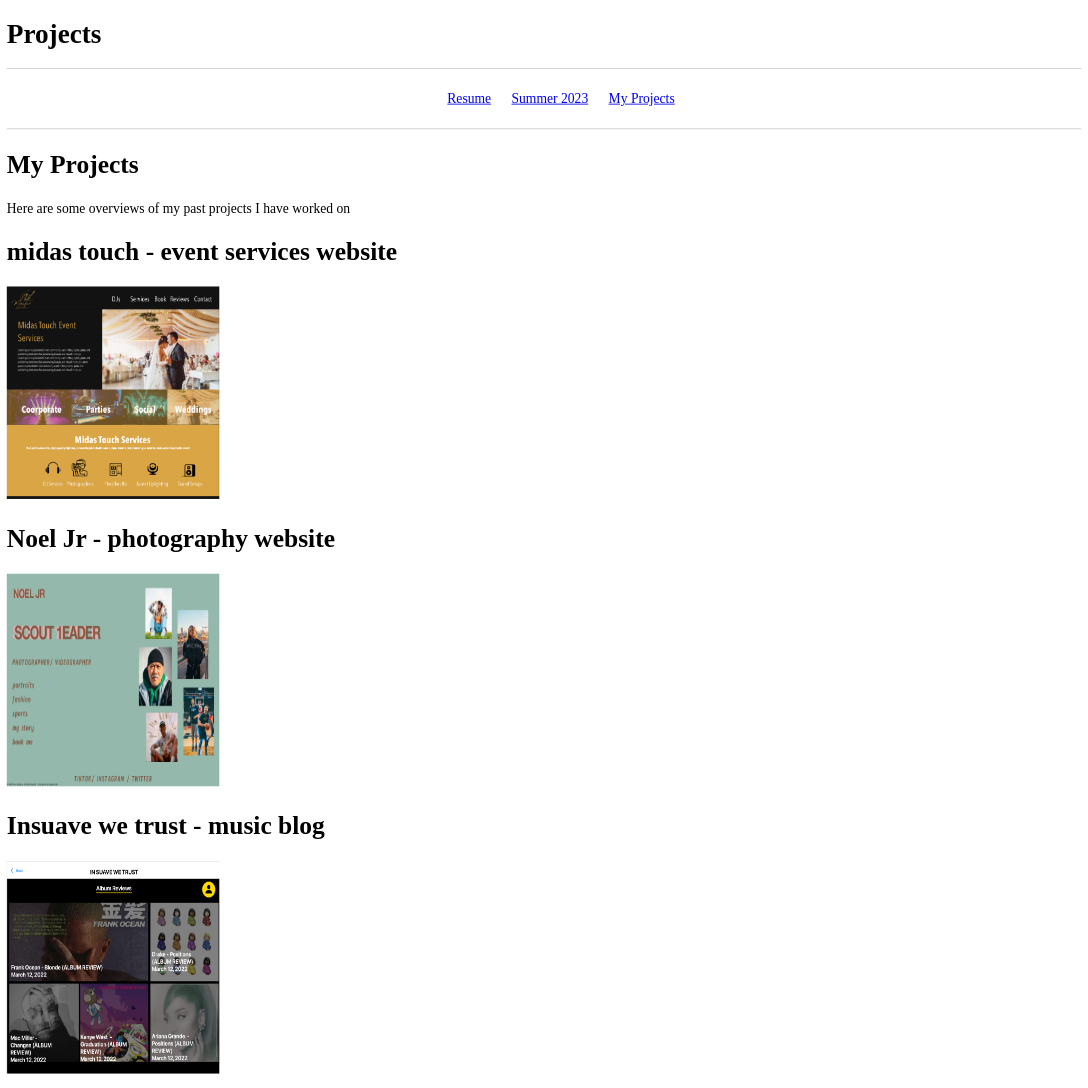
Repository: kayacancode/itm361project1
Page: projects.html
An editor plug-in stored every save of this project. The page is shown before and after the next save, followed by the edit.
The browser window is 1280 px wide. The pictures show the whole page, at 85% of full size.
Some web fonts or font styles are not loaded; a fallback is used.

Above is the page before, as saved 2023-03-03 18:32:03.

### projects.html
<!DOCTYPE html>
<html lang="en">
  <head>
    <meta charset="UTF-8" />
    <meta http-equiv="X-UA-Compatible" content="IE=edge" />
    <meta name="viewport" content="width=device-width, initial-scale=1.0" />
    <title>My Projects</title>
    <link rel="stylesheet" href="css/style.css" />

  </head>
  <header>
    <h1>Projects</h1>

    <nav>
      <ul>
        <li><a href="index.html">Resume</a></li>
        <li><a href="summer2023.html">Summer 2023</a></li>
        <li><a href="projects.html">My Projects</a></li>
      </ul>
    </nav>
  </header>

  <h2>My Projects</h2>
  <p>Here are some overviews of my past projects I have worked on</p>
 <div class="websites">
  <section>
  <h2>midas touch - event services website</h2>
  <img
    src="images/midastouchevent.png"
    alt="event services "

  />
</section>
<section>
  <h2>Noel Jr - photography website</h2>
  <img src="images/noeljr.png" alt="photography"  />
  <h2>Insuave we trust - music blog</h2>
  <img src="images/insuave.png" alt="music blog"  />
</section>
</div>
</html>

### css/style.css
@import url("https://fonts.googleapis.com/css2?family=Tilt+Warp&display=swap");

ul{
    list-style-type: none;
}

nav{
    border:1px solid #ccc;
    border-width:1px 0;
    list-style:none;
    margin:0;
    padding:0;
    text-align:center;
}
nav li{
    display:inline;
}
nav a{
    display:inline-block;
    padding:10px;
}

h1{
    font-family: "Tilt Warp", cursive;

}
h2{
    font-size: 30px;
    font-family: "Tilt Warp", cursive;

}

.websites img{
    width: 250px;
    height: 250px;
}

After the next save:
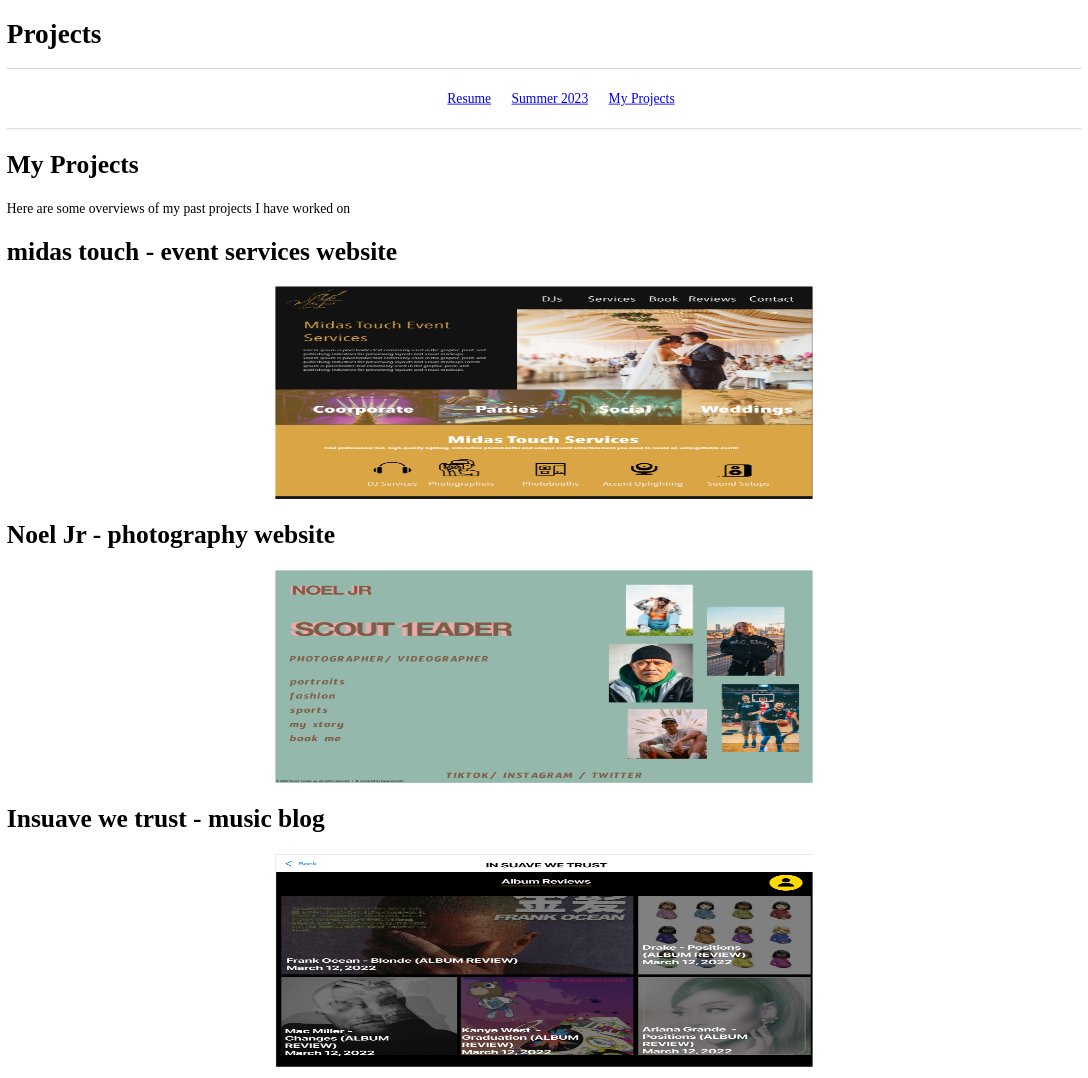
Saved 115 s later.
--- a/css/style.css
+++ b/css/style.css
@@ -31,6 +31,10 @@
 }
 
 .websites img{
-    width: 250px;
+    display: block;
+    margin-left: auto;
+    margin-right: auto;
+    width: 50%;
+
     height: 250px;
 }
